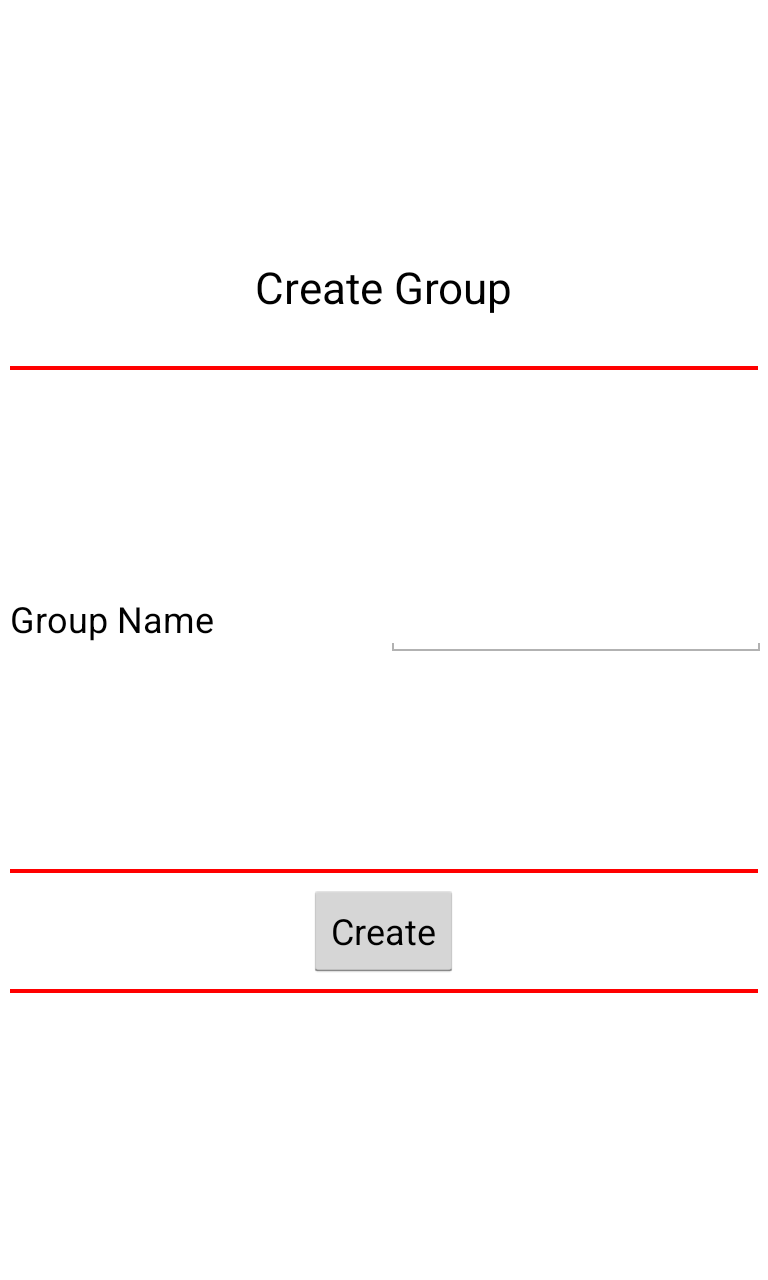
Repository: mansee8/Emergency-Service-Information-Provider
Layout: Emergency Service Information Provider/ESIP/ESIP/res/layout/create_group.xml
An editor plug-in stored every save of this project. The layout is shown before and after the next save, followed by the edit.
It is drawn on a 768 x 1280 px phone screen (xhdpi) without system bars, with theme AppTheme; the app's code is not run.

Above is the layout before, as saved 2014-02-27 07:57:07.

### Emergency Service Information Provider/ESIP/ESIP/res/layout/create_group.xml
<?xml version="1.0" encoding="utf-8"?>
<LinearLayout xmlns:android="http://schemas.android.com/apk/res/android"
    android:layout_width="fill_parent"
    android:layout_height="fill_parent"
    android:gravity="center"
    android:orientation="vertical" >

    <TextView
        android:layout_width="wrap_content"
        android:layout_height="wrap_content"
        android:layout_margin="20dp"
        android:text="Create Group"
        android:textAppearance="?android:attr/textAppearanceLarge" />

    <View
        android:layout_width="fill_parent"
        android:layout_height="2dp"
        android:layout_margin="5dp"
        android:background="#ff0000" />

    <LinearLayout
        android:layout_width="fill_parent"
        android:layout_height="wrap_content"
        android:layout_marginTop="100dp"
        android:layout_marginBottom="100dp"
        android:orientation="horizontal" >

        <TextView
            android:layout_width="fill_parent"
            android:layout_height="wrap_content"
            android:layout_marginLeft="5dp"
            android:layout_weight="1"
            android:text="Group Name"
            android:textAppearance="?android:attr/textAppearanceMedium" />

        <EditText
            android:id="@+id/GroupNameView"
            android:layout_width="fill_parent"
            android:layout_height="wrap_content"
            android:layout_weight="1" />
    </LinearLayout>

    <View
        android:layout_width="fill_parent"
        android:layout_height="2dp"
        android:layout_margin="5dp"
        android:background="#ff0000" />

    <Button
        android:id="@+id/btnCreate"
        android:layout_width="wrap_content"
        android:layout_height="wrap_content"
        android:text="Create" />

    <View
        android:layout_width="fill_parent"
        android:layout_height="2dp"
        android:layout_margin="5dp"
        android:background="#ff0000" />

    <TextView
        android:id="@+id/avail_result"
        android:layout_width="wrap_content"
        android:layout_height="wrap_content"
        android:textAppearance="?android:attr/textAppearanceLarge" />

</LinearLayout>

Loaded but not shown: Emergency Service Information Provider/ESIP/ESIP/res/values/styles.xml (common file); Emergency Service Information Provider/ESIP/ESIP/res/values-v11/styles.xml (common file); Emergency Service Information Provider/ESIP/ESIP/res/values-v14/styles.xml (common file)

After the next save:
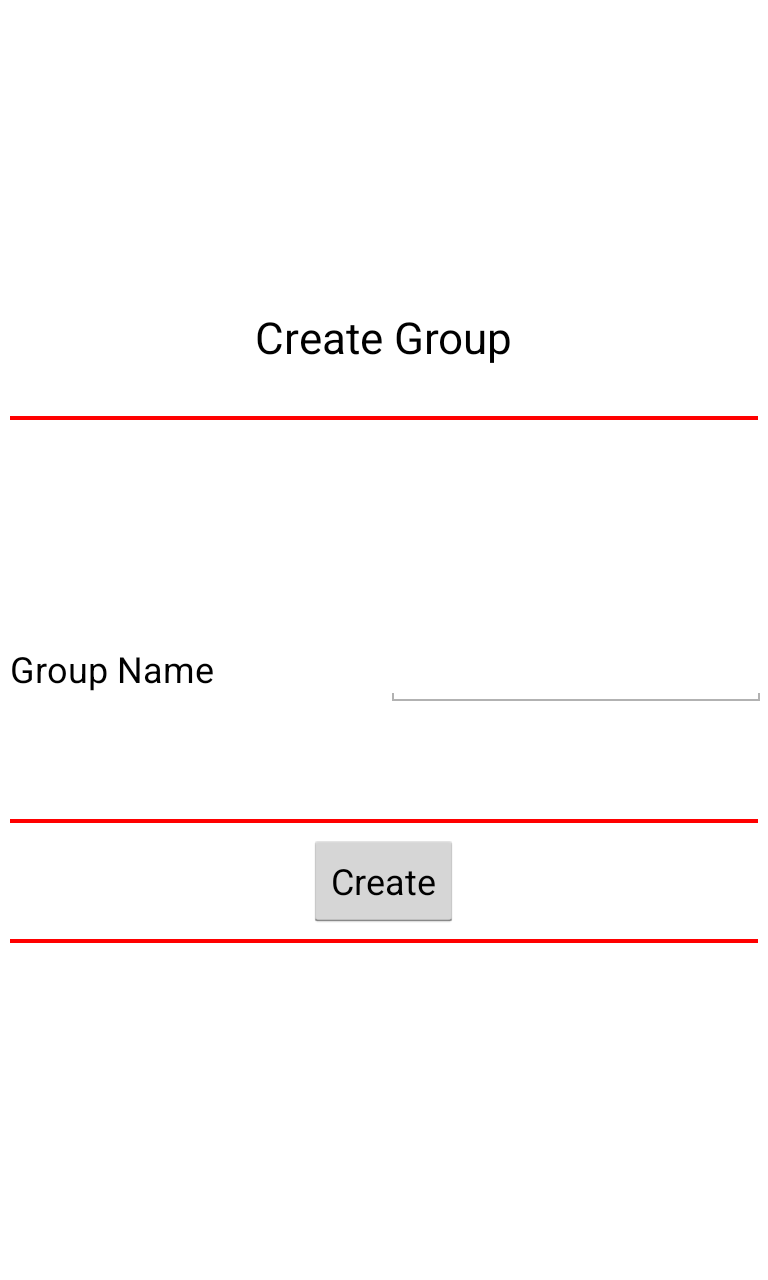
Saved 5 s later.
--- a/Emergency Service Information Provider/ESIP/ESIP/res/layout/create_group.xml
+++ b/Emergency Service Information Provider/ESIP/ESIP/res/layout/create_group.xml
@@ -22,7 +22,7 @@
         android:layout_width="fill_parent"
         android:layout_height="wrap_content"
         android:layout_marginTop="100dp"
-        android:layout_marginBottom="100dp"
+        android:layout_marginBottom="50dp"
         android:orientation="horizontal" >
 
         <TextView
